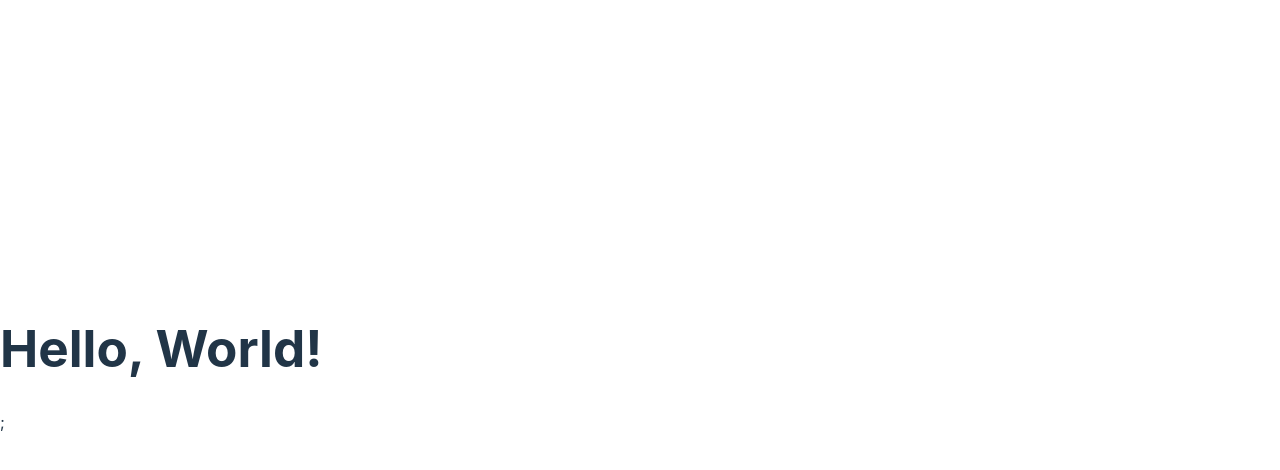
Repository: rmdayberry/hello-world
Page: /
The author's editor kept a copy of each file at every save. The page is drawn from the files as they stood at one save, then again after the next save.
The browser window is 1280 px wide. The pictures show the whole page.
The project was rebuilt for these pictures with package versions that can differ from the ones it lists, and the page was loaded fresh each time. Also part of the build but not shown: vite.config.js.

Above is the page before, as saved 2024-08-18 16:45:05.

After the next save:
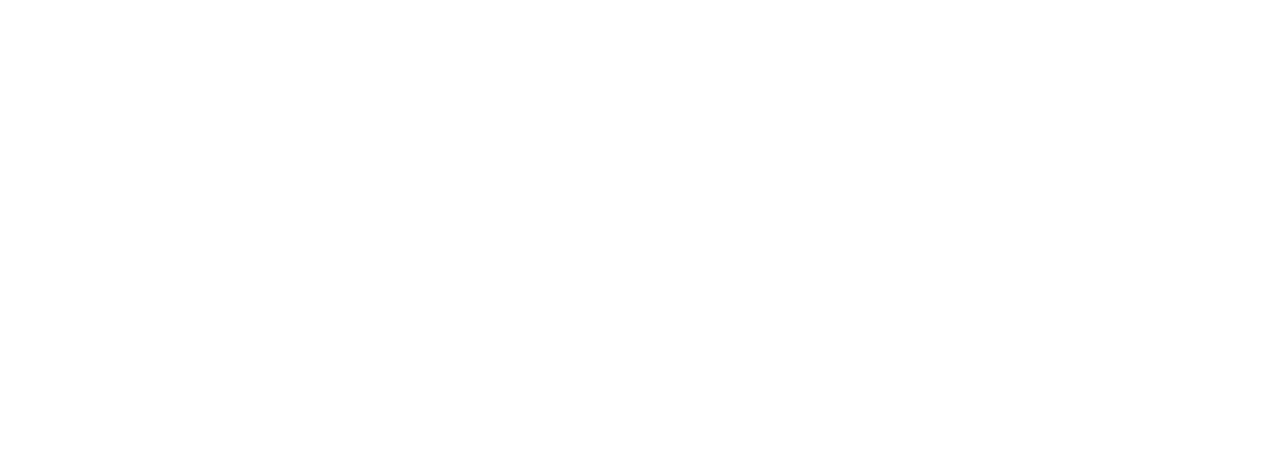
Console error (its wording comes from the project's code and is left out).
Saved 35 s later.
--- a/src/HelloWorld.jsx
+++ b/src/HelloWorld.jsx
@@ -1,3 +1,3 @@
-export default function HelloWorld() {
+function HelloWorld() {
   return <h1>Hello, World!</h1>;
 }

After the save that followed:
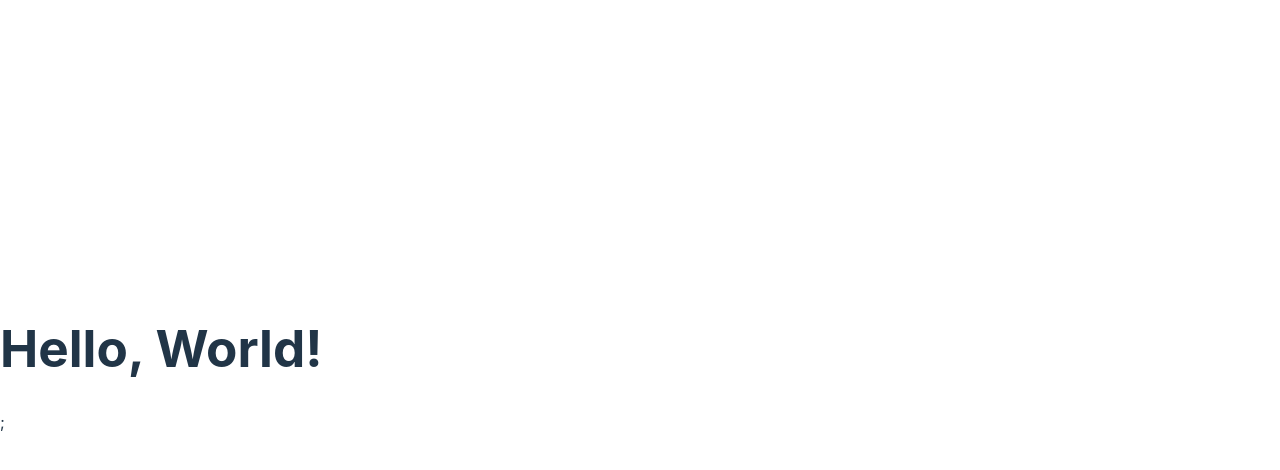
The error is gone.
Saved 20 s later.
--- a/src/HelloWorld.jsx
+++ b/src/HelloWorld.jsx
@@ -1,3 +1,5 @@
 function HelloWorld() {
   return <h1>Hello, World!</h1>;
 }
+
+export default HelloWorld;
